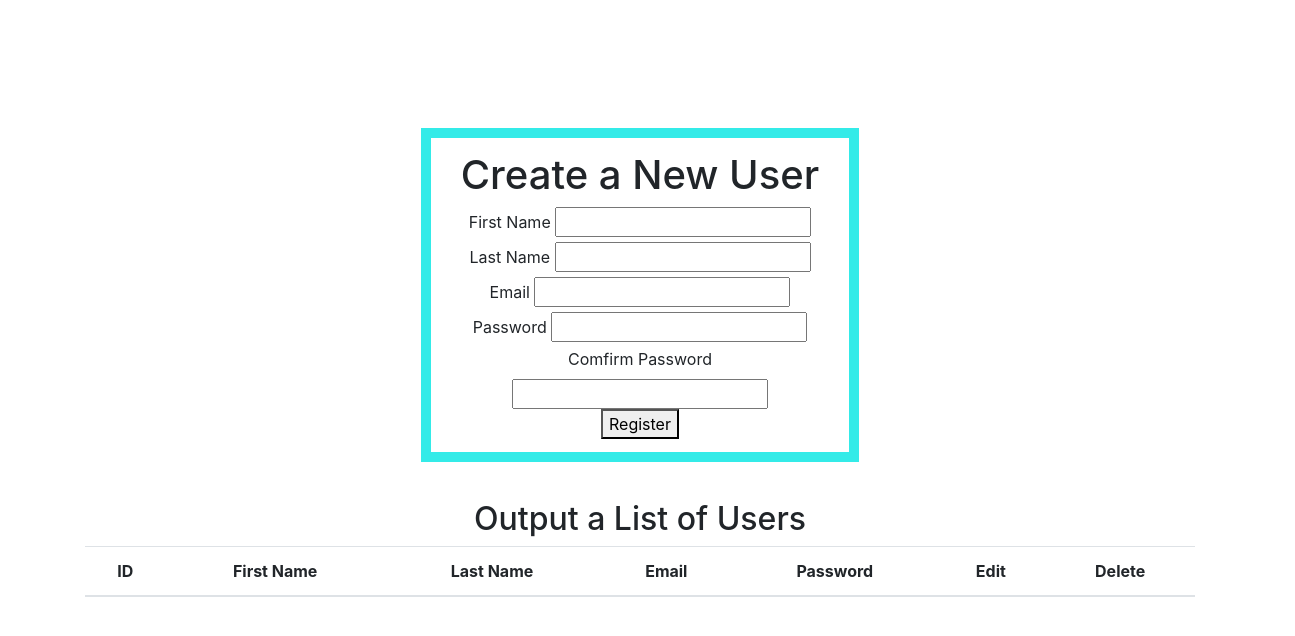
Repository: Lpanglb/COSW30
Page: http://localhost/Homework/HW6/crud_update.php
The author's editor kept a record of every edit. The page is drawn from the files as they stood at one moment, then again after the next edit.
The browser window is 1280 px wide. The page is 1295 px wide, then 1280 px, then 1295 px, so the pictures cover 1295 px, including what lies to the right of the window. The pictures show the whole page.
The page is run by PHP 8.4 with error messages shown; the project is at /var/www/html/. Queries for data that is not in the repository find no rows.

Above is the page before.

### Homework/HW6/crud_update.php
<?php
// Add the database connection

include('database.php');

/*
*   CHECK IF THE FORM HAS BEEN SUBMITTED AND INSERT
*   NEW USER INTO THE DATABASE
*/

    $first_name = "";
    $last_name = "";
    $email = "";
    $password = "";
    $confirm_password = "";



if($_SERVER['REQUEST_METHOD'] == 'POST') {
     $id = $_POST['user_id'];
     $first_name = $_POST['first_name'];
     $last_name = $_POST['last_name'];
     $email = $_POST['email'];
     $password = $_POST['password'];
     $confirm_password = $_POST['confirm_password'];


        if(empty($email)) {   //email is empty
            //Output an error message
            $error = 'Email must be entered';
        }
        if(empty($password)) {   //password is empty
            //Output an error message
            $error_password = 'Password must be entered';
        }
        if(empty($confirm_password)) {   //confirm password is empty
            //Output an error message
            $error_confirmpassword = 'Comfrim Password must be entered';
        }
        if($confirm_password != $password) {
            //Output an error message
            //$error_pswds = 'Passwords do not match';

               echo '<div class="alert alert-warning alert-dismissible">
    <button type="button" class="close" data-dismiss="alert">×</button>
    <strong>Success!</strong> Passwords do not match!!
  </div>';;

        }
        else
        {
        $insert_query = "INSERT INTO USER_LISAN(first_name,last_name,email, password)
                            VALUES ('$first_name', '$last_name', '$email','$password')";
        $result = mysqli_query($connection, $insert_query);
        if($result){
           echo '<div class="alert alert-success alert-dismissible">
    <button type="button" class="close" data-dismiss="alert">×</button>
    <strong>Success!</strong> Adding user is complete!
  </div>';
        }
            else {
                echo'error';
            }

        }
}

    $query = 'SELECT * FROM USER_LISAN';


// Run your query
    $result = mysqli_query($connection, $query);

// Check if the database returned anything
    if($result) {
    $rows = mysqli_fetch_all($result, MYSQLI_ASSOC);
        // Output the results
      //  print_r($rows);


                }

    else {
    // Output an error
        echo'This is not working';
        }

?>

<?php

include('header_c.php');

?>
<body>
     <div class="row row1">
         <div class= "col-*-*" col1">
             <!--closing padding top -->
         </div>
         </div>

    <div class="row ">
  <div class="col text-center">

    </div>
    </div> <!--closing col col text-->

     <div class="container-fluid">
     <div class= "row row2">
     <div class= "col col_form_right">
     <p></p>
     </div>
     <div class="col col_form col_border text-center">
     <h1>Create a New User</h1>
    <form action="crud_update.php" id="<?php ?>" method="POST">
        <label for="first_name" class=" ">First Name</label>
        <input type="text" id="first_name" name="first_name" class="" value="<?php echo $first_name;?>" required><br>

        <label for="last_name" class=" ">Last Name</label>
        <input type="text" id="last_name" name="last_name" class="" value="<?php echo $last_name;?>"required><br>

        <label for="email" class=" ">Email    </label>
        <input type="email" id="email" name="email" class=" " value="<?php echo $email;?>" required ><br>

        <label for="password" class="">Password  </label>
        <input type="password" id="password" name="password" class=" " required ><br>
        <label for="password" class="">Comfirm Password  </label>
        <input type="password" id="confirm_password" name="confirm_password" class=" " required ><br>

        <!--Add a second password input so the user has to retype their password -->

        <button>Register</button>

    </form>
    </div> <!--  closing form col-->

    <div class= "col col_form_left">
    <p></p>
     </div>  <!--closing col col_form_left-->


    </div> <!--closing row row2-->
    </div> <!--closing container-->

  <div class ="container list_btm text-center">

    <h2>Output a List of Users</h2>

    <table class= "table table-striped">
        <thead>
            <tr>
                <th>ID</th>
                <th>First Name</th>
                <th>Last Name</th>
                <th>Email</th>
                <th>Password</th>
                <th>Edit</th>
                <th>Delete</th>
            </tr>
        </thead>
        <tbody>
            <?php
            foreach($rows as $row)
            echo '
            <tr>
                <td>'.$row['user_id'].'</td>
                <td>'.$row['first_name'].'</td>
                <td>'.$row['last_name'].'</td>
                <td>'.$row['email'].'</td>
                <td>'.$row['password'].'</td>
                <td><button type="button" class="btn btn-outline-primary"> <a href="update_c.php?id='.$row['user_id'].'">Edit</a></button></td>
                <td><button type="button" class="btn btn-outline-primary"> <a href="delete_c.php?id='.$row['user_id'].'"  >Delete</a></button></td>

            </tr>';

            ?>

        </tbody>
    </table>
    </div>
</body>
</html>

### Homework/HW6/database.php
<?php

//Create environmnet variables

$hostname = getenv('DB_HOSTNAME');
$username = getenv('DB_USERNAME_CLASS');
$password = getenv('DB_PW_CLASS');
$dbname = getenv('DB_NAME_FULL');

//Establish the connetion to the database

$connection = mysqli_connect($hostname, $username, $password, $dbname);

?>

### Homework/HW6/header_c.php
<!doctype html>
<html>
<head>
    <title>My First CRUD</title>
    <meta charset="utf-8">
  <meta name="viewport" content="width=device-width, initial-scale=1">
  <link rel="stylesheet" href="https://maxcdn.bootstrapcdn.com/bootstrap/4.3.1/css/bootstrap.min.css">
  <script src="https://ajax.googleapis.com/ajax/libs/jquery/3.4.1/jquery.min.js"></script>
  <script src="https://cdnjs.cloudflare.com/ajax/libs/popper.js/1.14.7/umd/popper.min.js"></script>
  <script src="https://maxcdn.bootstrapcdn.com/bootstrap/4.3.1/js/bootstrap.min.js"></script>
  <style>
      A {text-decoration: none;}
      .row1{
         padding-bottom:10%;
      }
      .list_btm{ padding-top: 3%;}
      .col_border{
          border: 10px #34ebe8 solid;
          padding: 1%;
      }

  </style>
</head>

After the next edit:
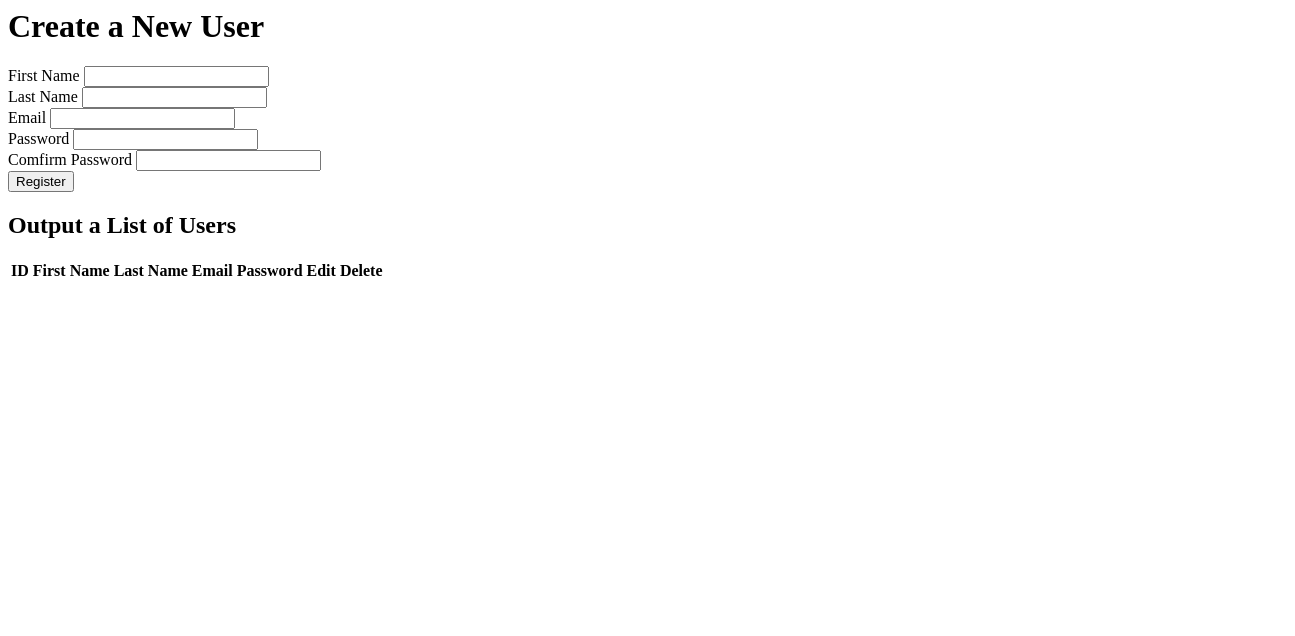
The edit:
--- a/Homework/HW6/crud_update.php
+++ b/Homework/HW6/crud_update.php
@@ -89,7 +89,7 @@
 
 <?php
 
-include('header_c.php');
+
 
 ?>
 <body>

After the edit that followed:
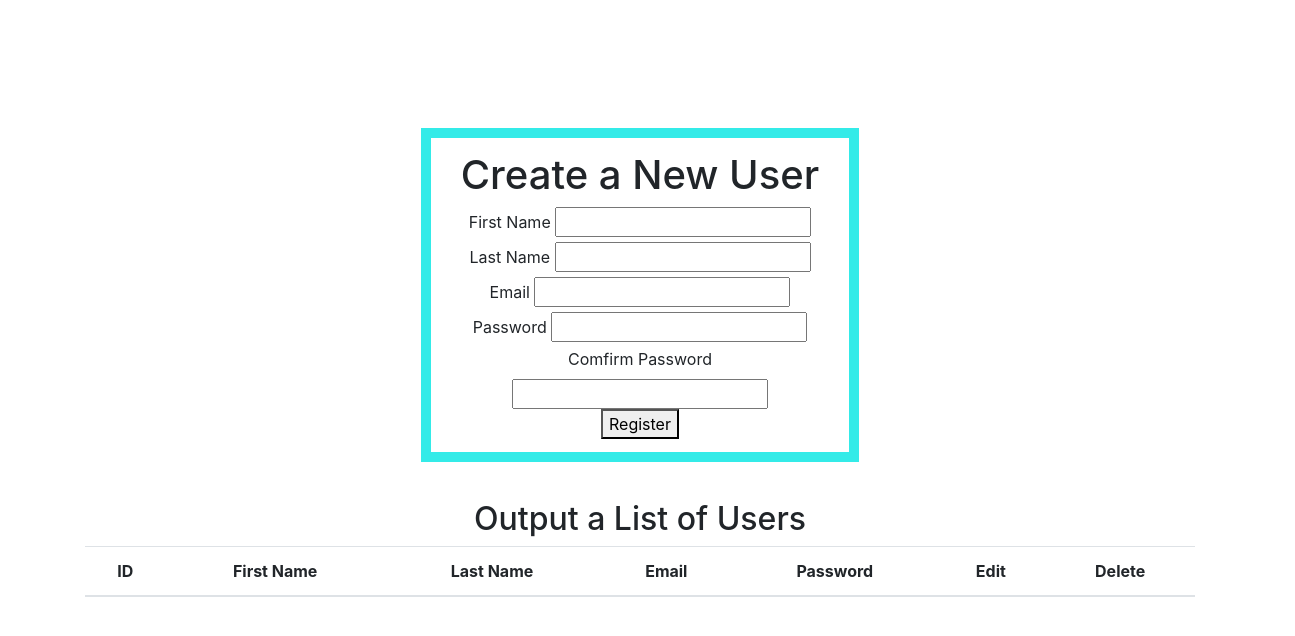
The edit:
--- a/Homework/HW6/crud_update.php
+++ b/Homework/HW6/crud_update.php
@@ -2,7 +2,7 @@
 // Add the database connection
 
 include('database.php');
-
+include('header_c.php');
 /*
 *   CHECK IF THE FORM HAS BEEN SUBMITTED AND INSERT
 *   NEW USER INTO THE DATABASE
